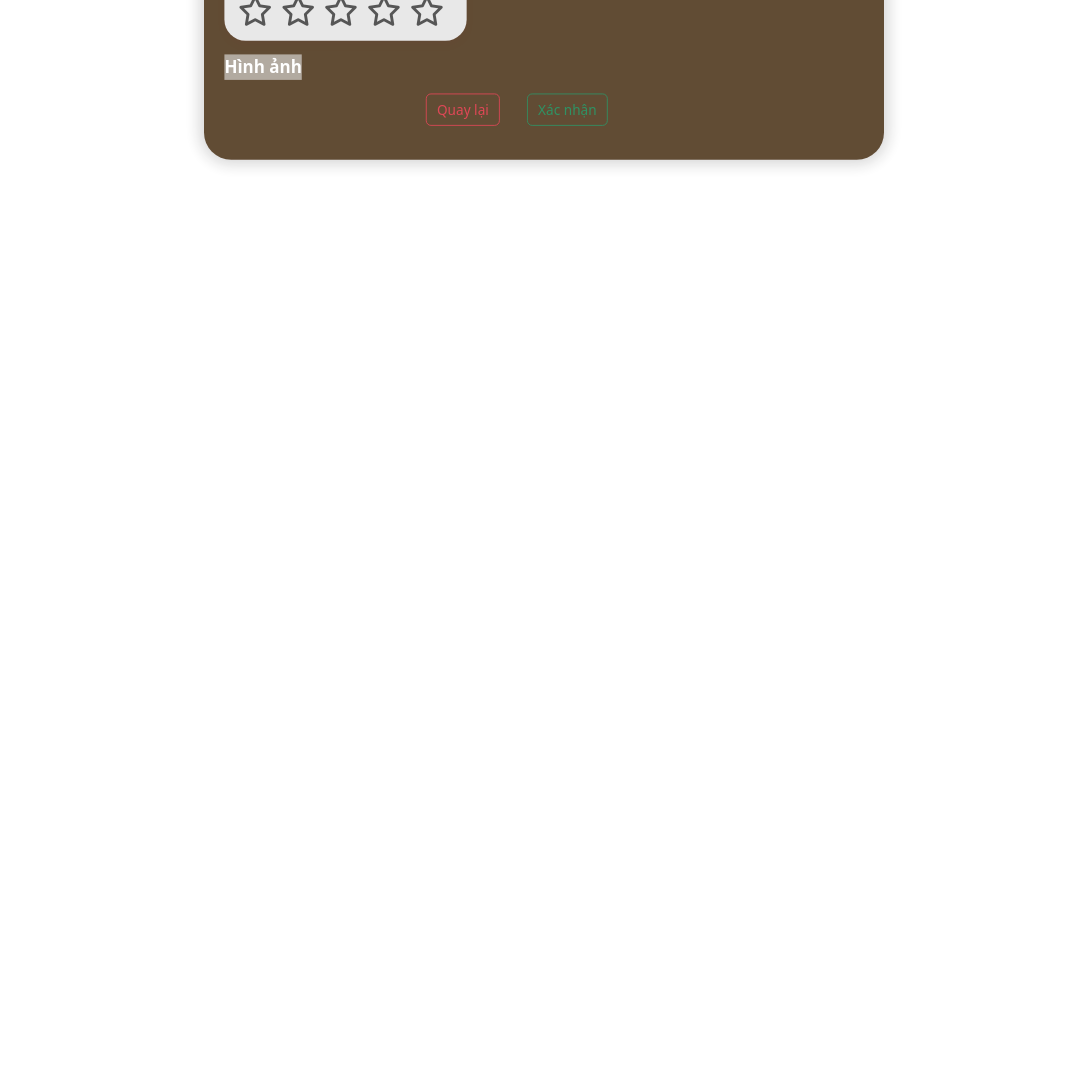
Repository: LeDongGyC/html-css
Page: HTML CSS/prototype/index.html
An editor plug-in stored every save of this project. The page is shown before and after the next save, followed by the edit.
The browser window is 1280 px wide. The pictures show the part of the page from y = 720 to 2000 px (the page is 2000 px tall), at 85% of full size.
Some web libraries are served in a nearby version. The style sheet was rebuilt from its Sass, Less or Tailwind sources for each picture, by a compiler version that may differ from the author's.

Above is the page before, as saved 2023-05-26 09:54:04.

After the next save:
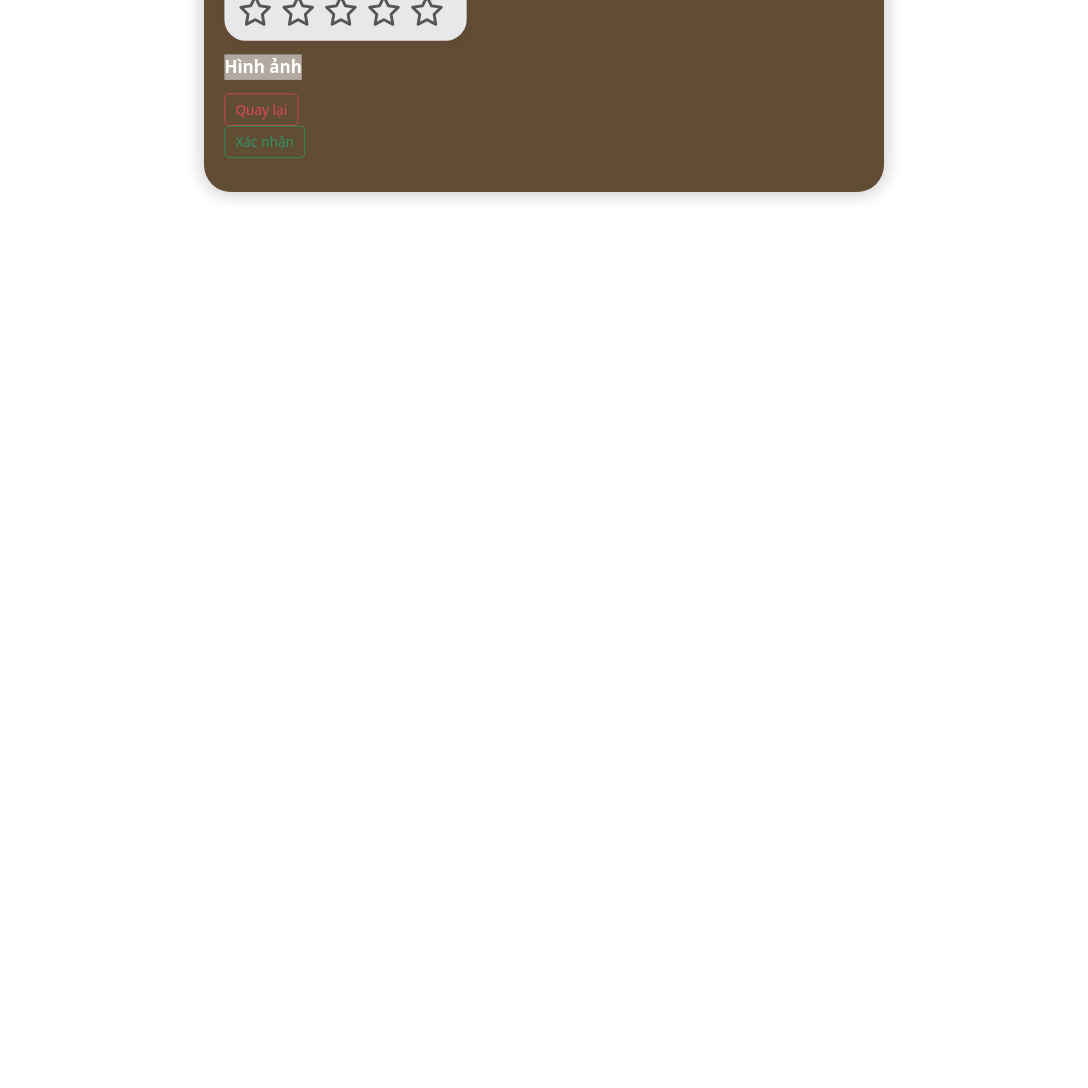
Saved 22 s later.
--- a/HTML CSS/prototype/style.scss
+++ b/HTML CSS/prototype/style.scss
@@ -98,7 +98,7 @@
       }
     }
     &-button {
-      display: flex;
+      // display: flex;
       justify-content: center;
       margin-right: 2rem;
       &-item {

After the save that followed:
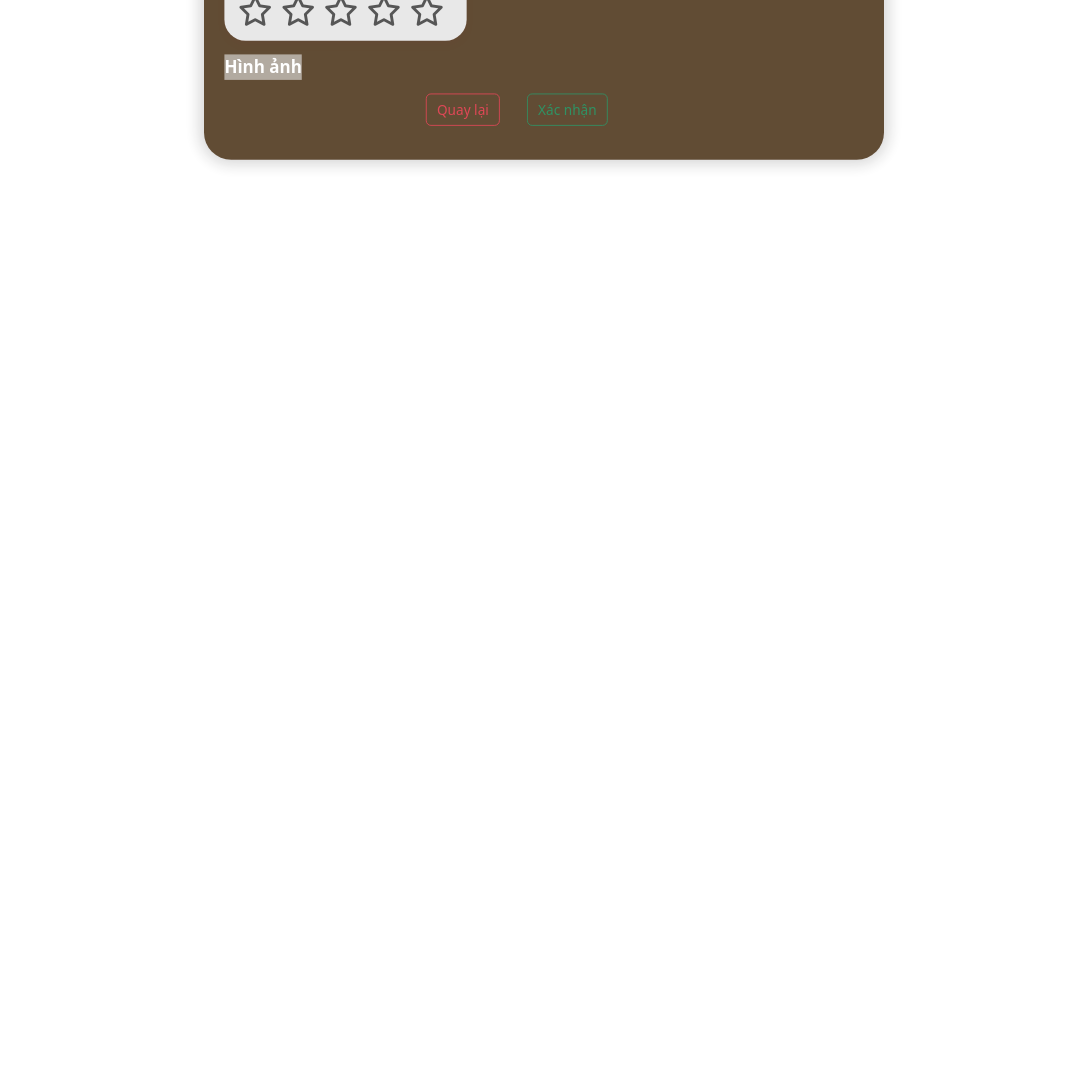
Saved 14 s later.
--- a/HTML CSS/prototype/style.scss
+++ b/HTML CSS/prototype/style.scss
@@ -98,7 +98,7 @@
       }
     }
     &-button {
-      // display: flex;
+      display: flex;
       justify-content: center;
       margin-right: 2rem;
       &-item {
